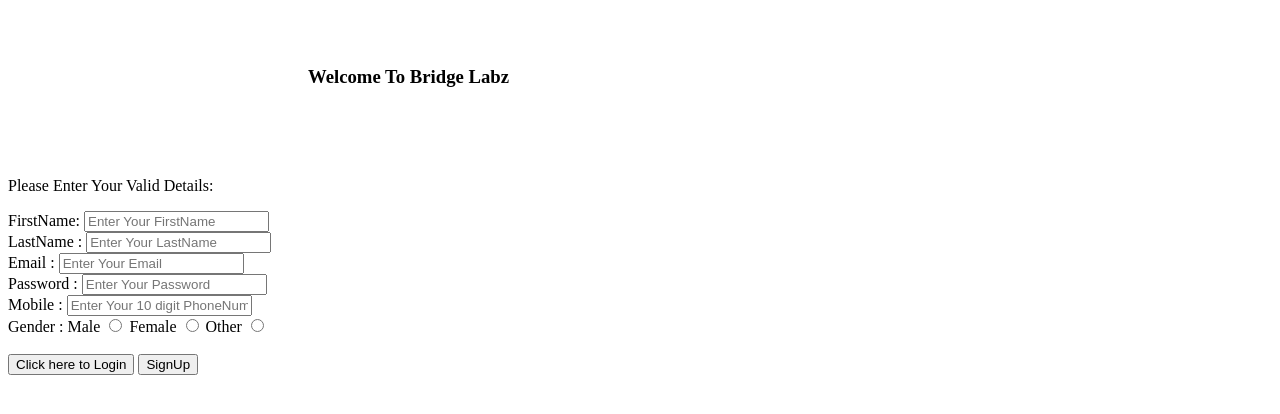
Repository: msibgathulla9980/Servlet
Page: LoginRegistrationApp/WebContent/Registration.html
An editor plug-in stored every save of this project. The page is shown before and after the next save, followed by the edit.
The browser window is 1280 px wide. The pictures show the whole page.

Above is the page before, as saved 2019-01-22 11:22:23.

After the next save:
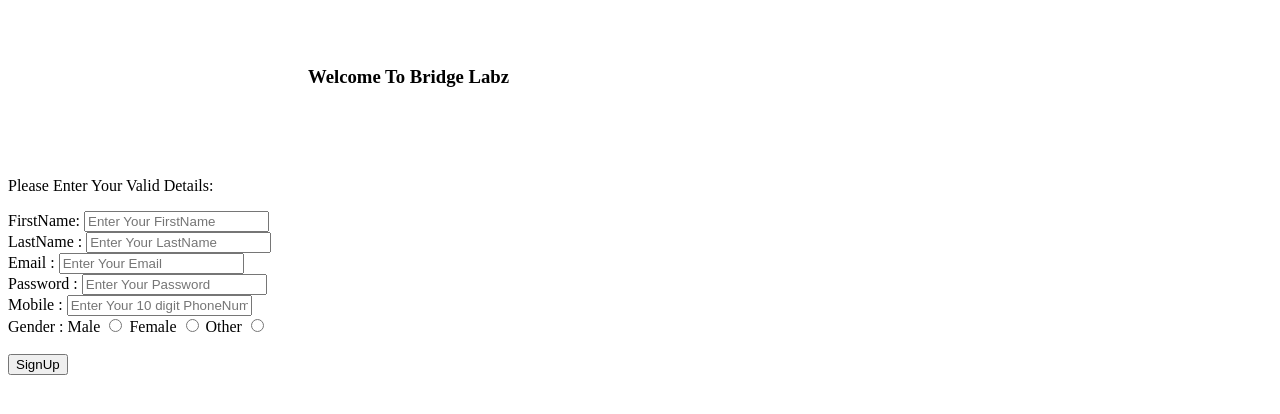
Saved 3 min 32 s later.
--- a/LoginRegistrationApp/WebContent/Registration.html
+++ b/LoginRegistrationApp/WebContent/Registration.html
@@ -18,7 +18,7 @@
  <input type="radio" name="gender" id="female" value="female" >
   <label for="other">Other</label>
  <input type="radio" name="gender" id="other" value="other" ><br><br>
-<a href="login.html"> <input type="submit" value="Click here to Login"/></a>
+<a href="login.html"  name="Click here to Login"/></a>
 <input type="submit" value="SignUp"/>
 </form>
 </body>

After the save that followed:
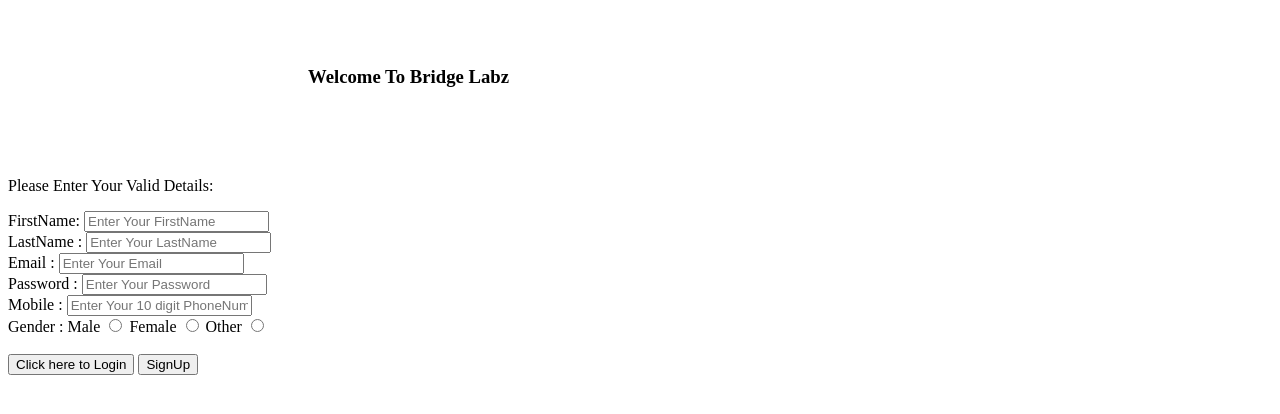
Saved 13 s later.
--- a/LoginRegistrationApp/WebContent/Registration.html
+++ b/LoginRegistrationApp/WebContent/Registration.html
@@ -18,7 +18,7 @@
  <input type="radio" name="gender" id="female" value="female" >
   <label for="other">Other</label>
  <input type="radio" name="gender" id="other" value="other" ><br><br>
-<a href="login.html"  name="Click here to Login"/></a>
+<a href="login.html"> <input type="submit" value="Click here to Login"/></a>
 <input type="submit" value="SignUp"/>
 </form>
 </body>
